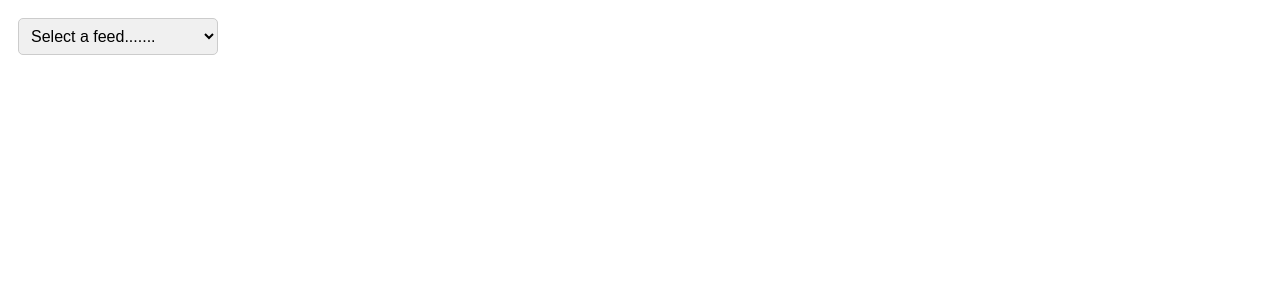
Repository: priyankadas1109/planet
Page: view/index.html
An editor plug-in stored every save of this project. The page is shown before and after the next save, followed by the edit.
The browser window is 1280 px wide. The pictures show the whole page.

Above is the page before, as saved 2025-02-14 12:18:06.

### view/index.html
<!DOCTYPE html>
<html lang="en-us">
<head>
  <meta charset="utf-8">
  <meta name="viewport" content="width=device-width, initial-scale=1.0">
  <title>Feed View</title>

  <!-- 直接在页面头部嵌入样式 -->
  <style>
    /* 下拉菜单的样式 */
    #apiFeeds {
      width: 200px;
      padding: 8px;
      font-size: 16px;
      margin: 10px;
      background-color: #f0f0f0;
      border-radius: 5px;
      border: 1px solid #ccc;
    }

    /* 基础表格样式 */
    table {
      width: 100%;
      border-collapse: collapse;
    }

    th, td {
      padding: 10px;
      border: 1px solid #ddd;
      text-align: left;
    }

    th {
      background-color: #f4f4f4;
    }

    /* 响应式设计：小屏幕下适应 */
    @media (max-width: 760px) {
      table, th, td {
        display: block;
        width: 100%;
      }
      td {
        border-bottom: 1px solid #ddd;
      }
    }
  </style>
</head>
<body>

  <!-- 下拉菜单，用于选择 feed -->
  <select id="apiFeeds" onchange="updateFeed(this.value)">
    <!-- 下拉菜单选项将在 JavaScript 中动态填充 -->
  </select>

  <div id="resultJson"></div>
  <div id="resultFull"></div>

  <!-- JavaScript 融入样式和功能 -->
  <script>
    // 定义所有的 API 选项，直接从 jsonList.Table 填充
    var jsonList = {
      "Table": [
        {"value":"none","name":"Select a feed......."},
        {"value":"food","name":"USDA Food List"},
        {"value":"usda","name":"USDA Nutrition Label"},
        {"value":"farmfresh","name":"Farm Fresh (Michigan)"},
        {"value":"nasa","name":"NASA Image Feed"},
        {"value":"comtrade","name":"Comtrade (CORS)"},
        {"value":"serp","name":"Serp APIname (CORS)"},
        {"value":"gdc","name":"GDC Google Data Commons - Forests"},
        {"value":"US:Count_Person","name":"GDC US State Populations"},
        {"value":"LandCoverFraction_Forest","name":"GDC Land Covered by Forests"},
        {"value":"water","name":"Water (dc/g/SDG_6)"},
        {"value":"datausa","name":"DataUSA State Populations"},
        {"value":"seeclickfix-311","name":"See Click Fix Requests"},
        {"value":"open311","name":"See Click Fix Requests (CORS)"},
        {"value":"bsky","name":"BlueSky Model.Earth RSS (CORS)"}
      ]
    };

    // 动态填充下拉菜单
    function populateDropdown() {
      const selectElement = document.getElementById('apiFeeds');
      selectElement.innerHTML = '';  // 清空现有内容
      jsonList.Table.forEach(feed => {
        const option = document.createElement('option');
        option.value = feed.value;
        option.textContent = feed.name;
        selectElement.appendChild(option);
      });
    }

    // 当选择某个 feed 时，更新页面内容
    function updateFeed(feedValue) {
      console.log(`Selected feed: ${feedValue}`);

      // 根据 feedValue 进行相应的操作
      if (feedValue === 'food') {
        loadFoodData();
      } else if (feedValue === 'usda') {
        loadUSDAData();
      }
      // 更多条件处理...
    }

    // 示例：加载 USDA 食品数据
    function loadFoodData() {
      console.log("Loading USDA Food List...");
      // 假设从某个 API 获取数据并渲染
      document.getElementById('resultJson').innerHTML = '<p>USDA Food List API data displayed here.</p>';
    }

    // 示例：加载 USDA 营养标签数据
    function loadUSDAData() {
      console.log("Loading USDA Nutrition Data...");
      document.getElementById('resultJson').innerHTML = '<p>USDA Nutrition Data displayed here.</p>';
    }

    // 初始化页面
    populateDropdown();
  </script>

</body>
</html>

After the next save:
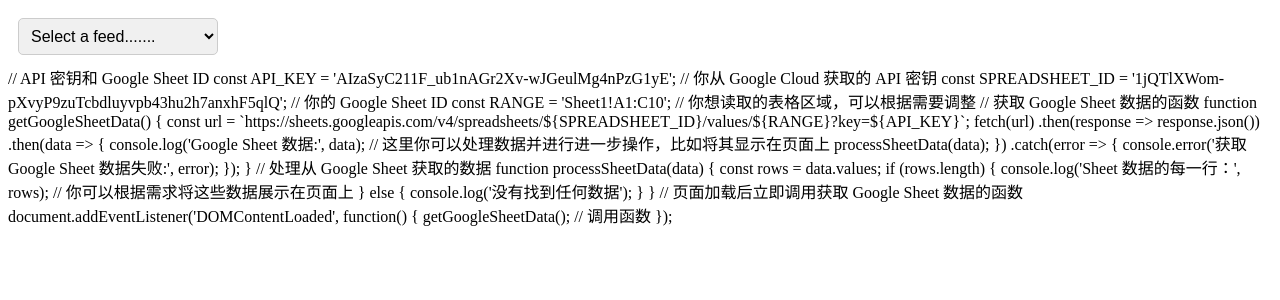
Saved 8 s later.
--- a/view/index.html
+++ b/view/index.html
@@ -123,3 +123,41 @@
 
 </body>
 </html>
+
+
+// API 密钥和 Google Sheet ID
+const API_KEY = 'AIzaSyC211F_ub1nAGr2Xv-wJGeulMg4nPzG1yE';  // 你从 Google Cloud 获取的 API 密钥
+const SPREADSHEET_ID = '1jQTlXWom-pXvyP9zuTcbdluyvpb43hu2h7anxhF5qlQ';  // 你的 Google Sheet ID
+const RANGE = 'Sheet1!A1:C10';  // 你想读取的表格区域，可以根据需要调整
+
+// 获取 Google Sheet 数据的函数
+function getGoogleSheetData() {
+    const url = `https://sheets.googleapis.com/v4/spreadsheets/${SPREADSHEET_ID}/values/${RANGE}?key=${API_KEY}`;
+
+    fetch(url)
+        .then(response => response.json())
+        .then(data => {
+            console.log('Google Sheet 数据:', data);
+            // 这里你可以处理数据并进行进一步操作，比如将其显示在页面上
+            processSheetData(data);
+        })
+        .catch(error => {
+            console.error('获取 Google Sheet 数据失败:', error);
+        });
+}
+
+// 处理从 Google Sheet 获取的数据
+function processSheetData(data) {
+    const rows = data.values;
+    if (rows.length) {
+        console.log('Sheet 数据的每一行：', rows);
+        // 你可以根据需求将这些数据展示在页面上
+    } else {
+        console.log('没有找到任何数据');
+    }
+}
+
+// 页面加载后立即调用获取 Google Sheet 数据的函数
+document.addEventListener('DOMContentLoaded', function() {
+    getGoogleSheetData();  // 调用函数
+});

After the save that followed:
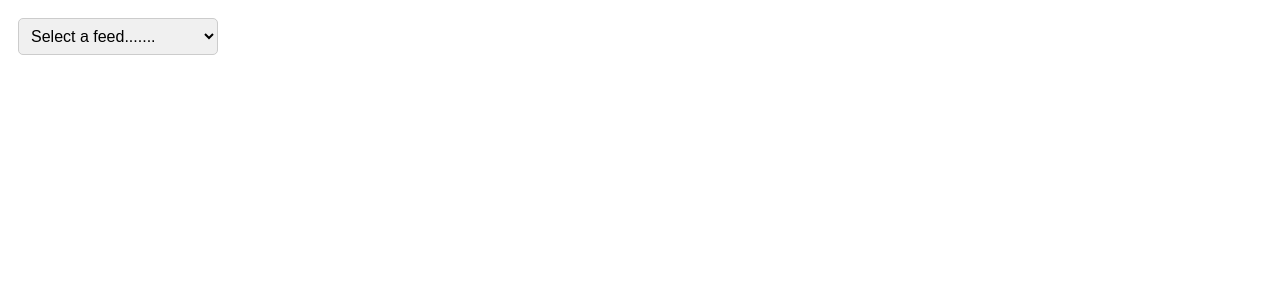
Saved 4 s later.
--- a/view/index.html
+++ b/view/index.html
@@ -123,41 +123,3 @@
 
 </body>
 </html>
-
-
-// API 密钥和 Google Sheet ID
-const API_KEY = 'AIzaSyC211F_ub1nAGr2Xv-wJGeulMg4nPzG1yE';  // 你从 Google Cloud 获取的 API 密钥
-const SPREADSHEET_ID = '1jQTlXWom-pXvyP9zuTcbdluyvpb43hu2h7anxhF5qlQ';  // 你的 Google Sheet ID
-const RANGE = 'Sheet1!A1:C10';  // 你想读取的表格区域，可以根据需要调整
-
-// 获取 Google Sheet 数据的函数
-function getGoogleSheetData() {
-    const url = `https://sheets.googleapis.com/v4/spreadsheets/${SPREADSHEET_ID}/values/${RANGE}?key=${API_KEY}`;
-
-    fetch(url)
-        .then(response => response.json())
-        .then(data => {
-            console.log('Google Sheet 数据:', data);
-            // 这里你可以处理数据并进行进一步操作，比如将其显示在页面上
-            processSheetData(data);
-        })
-        .catch(error => {
-            console.error('获取 Google Sheet 数据失败:', error);
-        });
-}
-
-// 处理从 Google Sheet 获取的数据
-function processSheetData(data) {
-    const rows = data.values;
-    if (rows.length) {
-        console.log('Sheet 数据的每一行：', rows);
-        // 你可以根据需求将这些数据展示在页面上
-    } else {
-        console.log('没有找到任何数据');
-    }
-}
-
-// 页面加载后立即调用获取 Google Sheet 数据的函数
-document.addEventListener('DOMContentLoaded', function() {
-    getGoogleSheetData();  // 调用函数
-});
